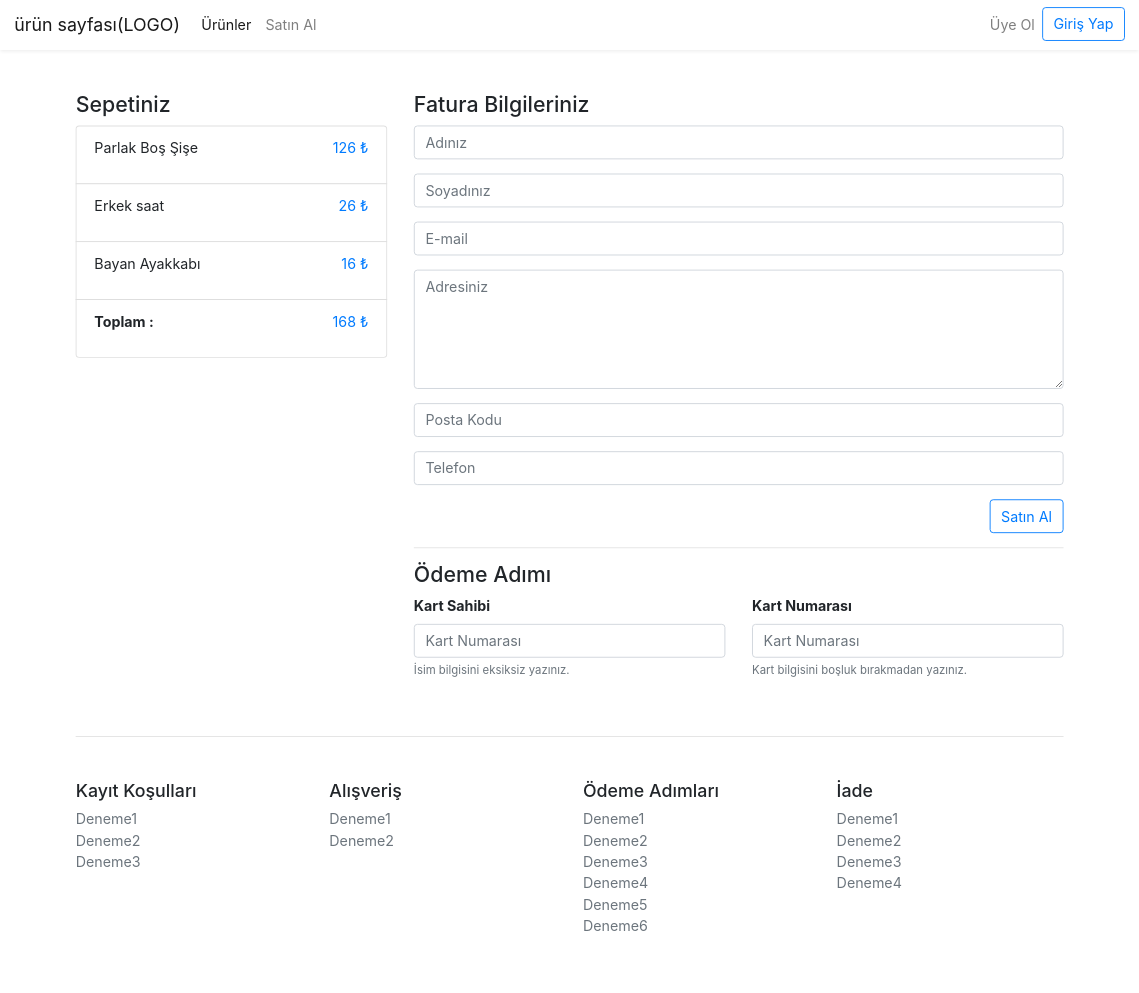
Repository: NergisAktug/E-Commerce-PythonWithFlask-Sqlite3
Page: templates/ödeme.html
An editor plug-in stored every save of this project. The page is shown before and after the next save, followed by the edit.
The browser window is 1280 px wide. The pictures show the whole page, at 89% of full size.

Above is the page before, as saved 2018-11-24 00:58:46.

After the next save:
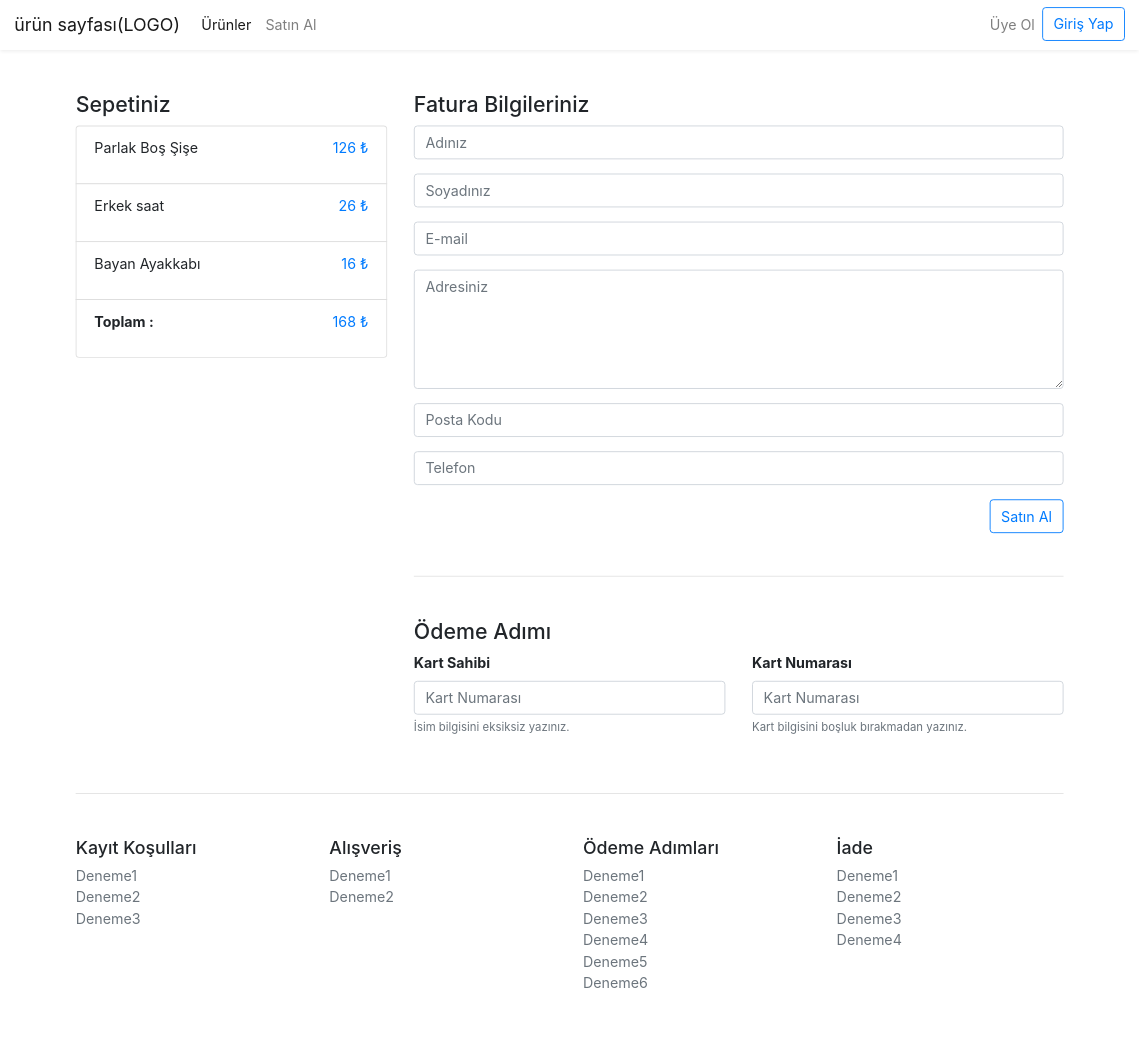
Saved 55 s later.
--- a/templates/ödeme.html
+++ b/templates/ödeme.html
@@ -85,7 +85,7 @@
                     <div class="form-group">
                         <button type="submit" class="btn btn-outline-primary float-right" required>Satın Al</button>
                      </div>
-                   <div class="clearfix"></div><hr>
+                   <div class="clearfix"></div><hr class="my-5">
                    <h4>Ödeme Adımı</h4>
                    <div class="row">
                 <div class="col-md-6">
